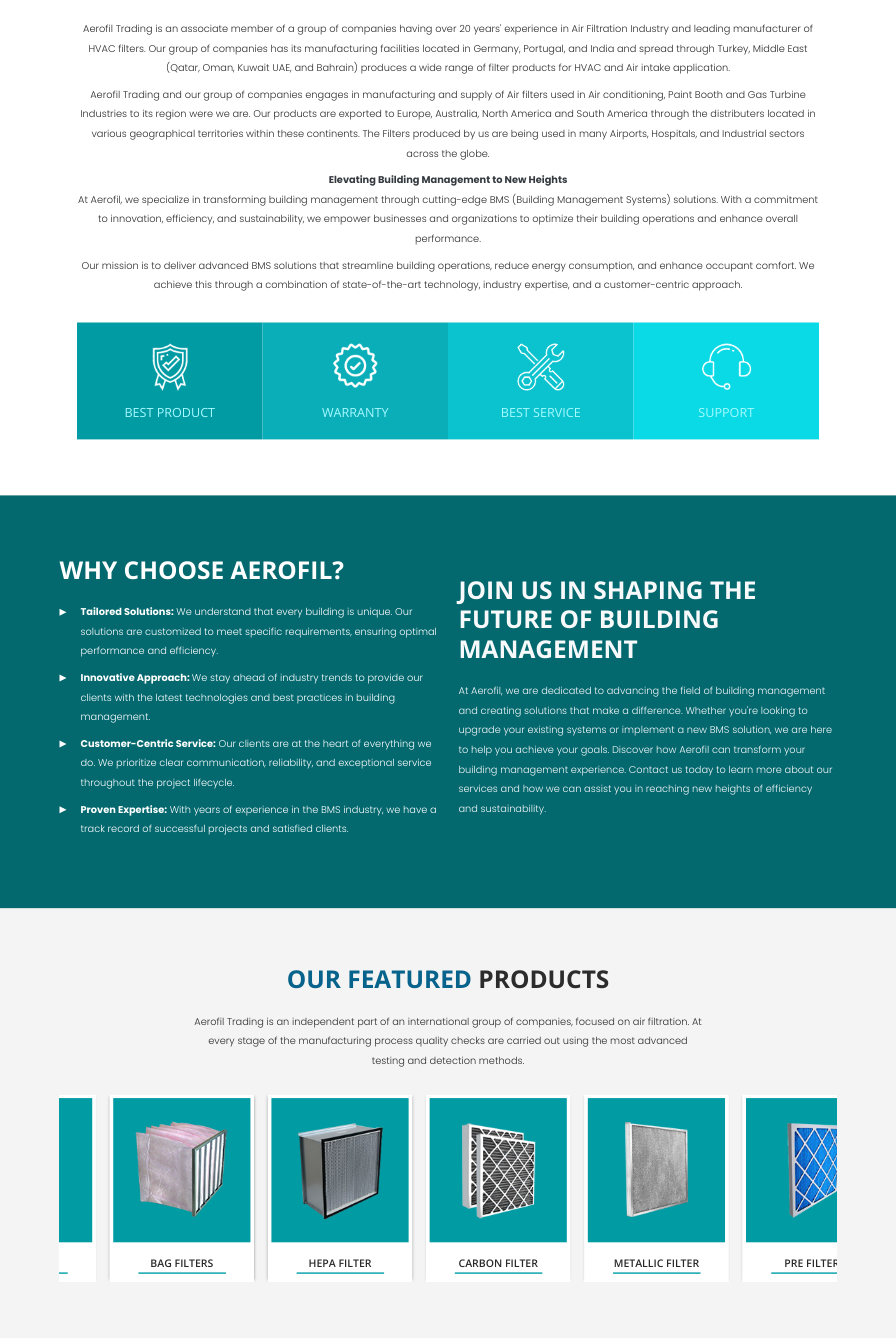
Repository: aslamvrtly/aerofil
Page: index.html
An editor plug-in stored every save of this project. The page is shown before and after the next save, followed by the edit.
The browser window is 1280 px wide. The pictures show the part of the page from y = 834 to 2754 px (the page is 5213 px tall before and 5262 px after), at 70% of full size.

Above is the page before, as saved 2024-09-05 14:40:35.

After the next save:
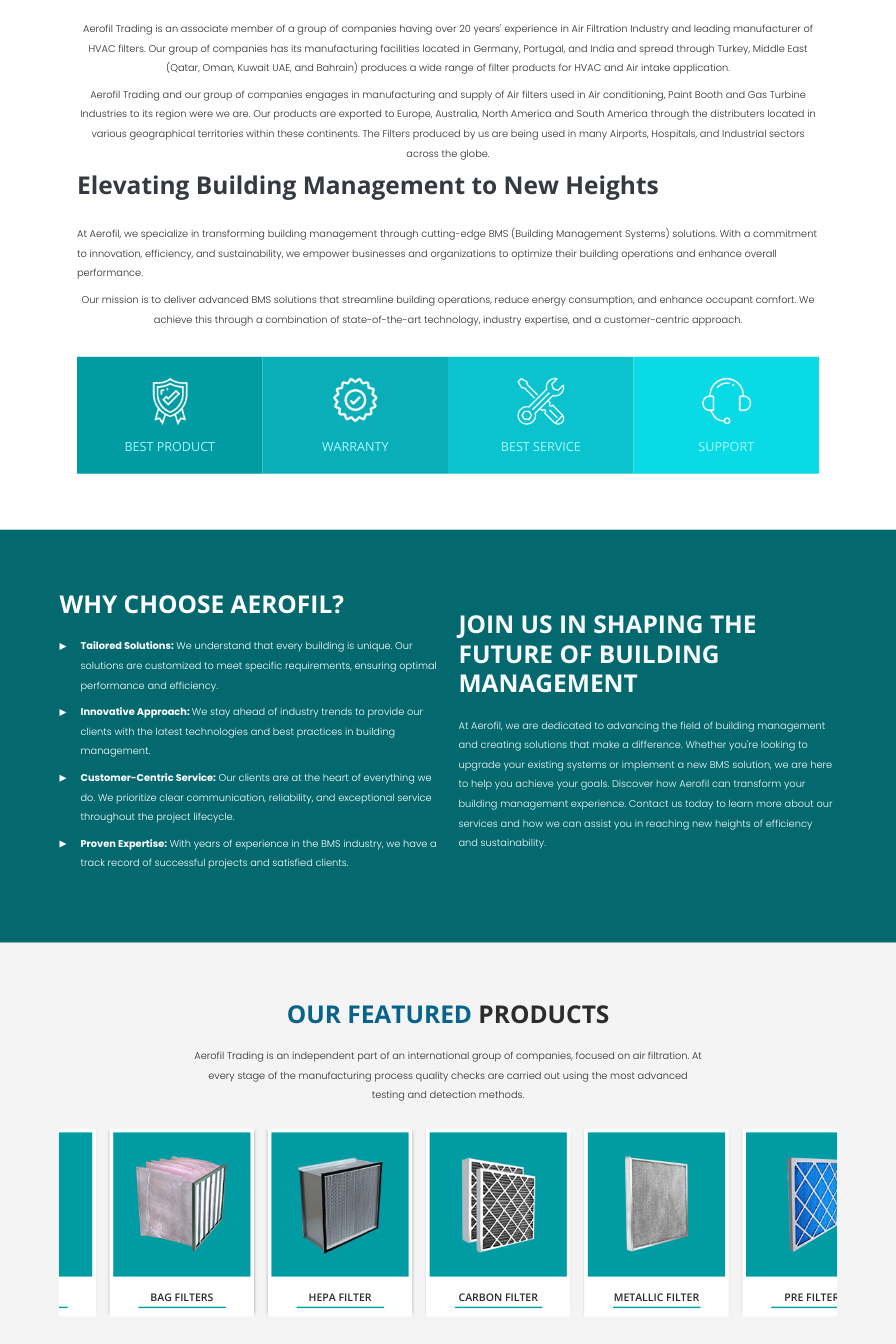
Saved 7 s later.
--- a/index.html
+++ b/index.html
@@ -182,7 +182,7 @@
 						territories within these continents. The Filters produced by us are being used in many Airports,
 						Hospitals, and Industrial sectors across the globe.</p>
 					<p class="text-center">
-						<span class="font-weight-bold text-dark">Elevating Building Management to New Heights</span><br>
+						<h2 class="font-weight-bold text-dark">Elevating Building Management to New Heights</h2><br>
 						At Aerofil, we specialize in transforming building management through cutting-edge BMS (Building
 						Management Systems) solutions. With a commitment to innovation, efficiency, and sustainability,
 						we empower businesses and organizations to optimize their building operations and enhance
